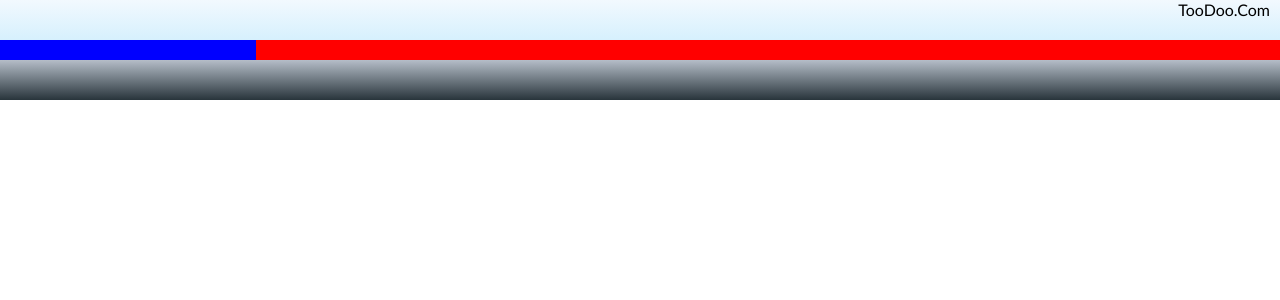
Repository: pleanoma/TooDoo
Page: http://localhost/TooDoo/Home.jsp
The author's editor kept a copy of each file at every save. The page is drawn from the files as they stood at one save, then again after the next save.
The browser window is 1280 px wide. The pictures show the whole page.
The page is served by Tomcat 9. Other server files are loaded and not shown.

Above is the page before, as saved 2013-11-27 08:07:38.

### TooDoo/WebContent/Home.jsp
<%@ page language="java" contentType="text/html; charset=ISO-8859-1"
    pageEncoding="ISO-8859-1"%>
<!DOCTYPE html PUBLIC "-//W3C//DTD HTML 4.01 Transitional//EN" "http://www.w3.org/TR/html4/loose.dtd">
<html>
<head>
<meta http-equiv="Content-Type" content="text/html; charset=ISO-8859-1">
<title>Insert title here</title>
<link rel="stylesheet" href="./css/style.css" type="text/css">
</head>
<body>
	<div id="header">
		<div class="userdetail">
			TooDoo.Com
		</div>
	</div>
	<div class="clr">
	</div>
	<div id="content">
		<div class="article">
			<div class="box-txt">
			</div>
		</div>
		<div class="sidebar">
			<div class="box-txt">

			</div>
		</div>
	</div>
	<div class="clr">
	</div>
	<div id="footer">
		<div class="box-txt">

		</div>
	</div>
</body>
</html>

### TooDoo/WebContent/css/style.css
html, body {
	margin: 0 auto;
	width: 100%;
	font-family: "Trebuchet MS", Helvetica, sans-serif;
	font-weight: 400;
}
#main {
	margin: 0 auto;
	padding: 0;
}
#header {
	width: 100%;
	height: 40px;
	min-height: 40px;
	background: green;
	background: #f2f9fe; /* Old browsers */
	background: -moz-linear-gradient(top, #f2f9fe 0%, #d6f0fd 100%); /* FF3.6+ */
	background: -webkit-gradient(linear, left top, left bottom, color-stop(0%,#f2f9fe), color-stop(100%,#d6f0fd)); /* Chrome,Safari4+ */
	background: -webkit-linear-gradient(top, #f2f9fe 0%,#d6f0fd 100%); /* Chrome10+,Safari5.1+ */
	background: -o-linear-gradient(top, #f2f9fe 0%,#d6f0fd 100%); /* Opera 11.10+ */
	background: -ms-linear-gradient(top, #f2f9fe 0%,#d6f0fd 100%); /* IE10+ */
	background: linear-gradient(to bottom, #f2f9fe 0%,#d6f0fd 100%); /* W3C */
	filter: progid:DXImageTransform.Microsoft.gradient( startColorstr='#f2f9fe', endColorstr='#d6f0fd',GradientType=0 ); /* IE6-9 */
}

#header .userdetail {
	float: right;
	padding: 0 10px 0 0;
}
#content .article {
	float: right;
	width: 80%;
	height: 100%;
	background: red;
}
#content .sidebar {
	float: left;
	width: 20%;
	height: 100%;
	background: blue;
}
#footer {
	display: block;
	width: 100%;
	height: 40px;
	min-height: 40px;
	background: yellow;
	background: #b5bdc8; /* Old browsers */
background: -moz-linear-gradient(top, #b5bdc8 0%, #828c95 36%, #28343b 100%); /* FF3.6+ */
background: -webkit-gradient(linear, left top, left bottom, color-stop(0%,#b5bdc8), color-stop(36%,#828c95), color-stop(100%,#28343b)); /* Chrome,Safari4+ */
background: -webkit-linear-gradient(top, #b5bdc8 0%,#828c95 36%,#28343b 100%); /* Chrome10+,Safari5.1+ */
background: -o-linear-gradient(top, #b5bdc8 0%,#828c95 36%,#28343b 100%); /* Opera 11.10+ */
background: -ms-linear-gradient(top, #b5bdc8 0%,#828c95 36%,#28343b 100%); /* IE10+ */
background: linear-gradient(to bottom, #b5bdc8 0%,#828c95 36%,#28343b 100%); /* W3C */
filter: progid:DXImageTransform.Microsoft.gradient( startColorstr='#b5bdc8', endColorstr='#28343b',GradientType=0 ); /* IE6-9 */
}
.box-txt {
	padding: 10px;
}
.clr {
	clear: both;
}

After the next save:
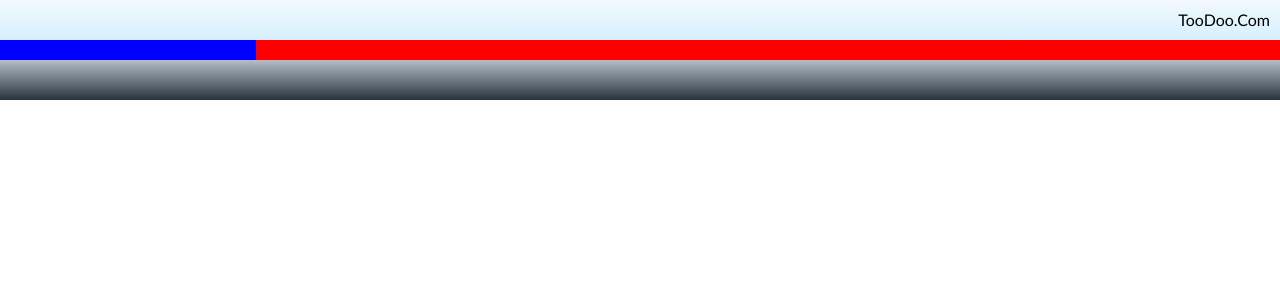
Saved 21 s later.
--- a/TooDoo/WebContent/css/style.css
+++ b/TooDoo/WebContent/css/style.css
@@ -25,7 +25,7 @@ html, body {
 
 #header .userdetail {
 	float: right;
-	padding: 0 10px 0 0;
+	padding: 10px;
 }
 #content .article {
 	float: right;
